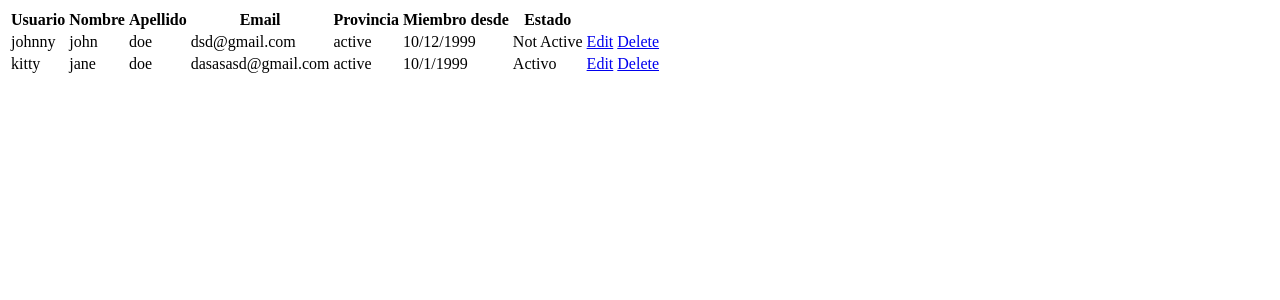
Repository: SabitDeepto/Chitra
Page: CRUD/templates/index.html
The author's editor kept a copy of each file at every save. The page is drawn from the files as they stood at one save, then again after the next save.
The browser window is 1280 px wide. The pictures show the whole page.
The template is drawn by Django 2.2. The application's start-up code is not run. Other server files are loaded and not shown. The template is opened directly, without the code that normally fills it, so the values that code supplies are empty.

Above is the page before, as saved 2019-01-08 12:25:15.

### CRUD/templates/index.html
{% comment %} {% for x in ex %}
<div class="container">
<a href = '#'>{{x.name}}<br>
</div>
 <p>My mother has <span style="color:blue">blue</span> eyes.</p>
{% endfor %} {% endcomment %}


   </div><table class="table table-striped table-hover table-users">
    			<thead>
    				<tr>

    					<th class="hidden-phone">Usuario</th>
    					<th>Nombre</th>
    					<th>Apellido</th>
    					<th class="hidden-phone">Email</th>
    					<th class="hidden-phone">Provincia</th>
    					<th class="hidden-phone">Miembro desde</th>
    					<th>Estado</th>
    					<th></th>
    					<th></th>
    				</tr>
    			</thead>

    			<tbody>

    				<tr>

    					<td class="hidden-phone">johnny</td>
    					<td>john</td>
    					<td>doe</td>
    					<td class="hidden-phone">dsd@gmail.com</td>
    					<td class="hidden-phone">active</td>
                      <td class="hidden-phone">10/12/1999</td>

                    	<td><span class="label label-warning">Not Active</span></td>

    					<td><a class="btn mini blue-stripe" href="{site_url()}admin/editFront/1">Edit</a></td>

                        <td><a href="#" class="confirm-delete btn mini red-stripe" role="button" data-title="johnny" data-id="1">Delete</a></td>
                    </tr>
					<tr>

    					<td class="hidden-phone">kitty</td>
    					<td>jane</td>
    					<td>doe</td>
    					<td class="hidden-phone">dasasasd@gmail.com</td>
    					<td class="hidden-phone">active</td>
                      <td class="hidden-phone">10/1/1999</td>

                    	<td><span class="label label-danger">Activo</span></td>

    					<td><a class="btn mini blue-stripe" href="{site_url()}admin/editFront/2">Edit</a></td>

                        <td><a href="#" class="confirm-delete btn mini red-stripe" role="button" data-title="kitty" data-id="2">Delete</a></td>
                    </tr>

	               </tbody>

</table>

After the next save:
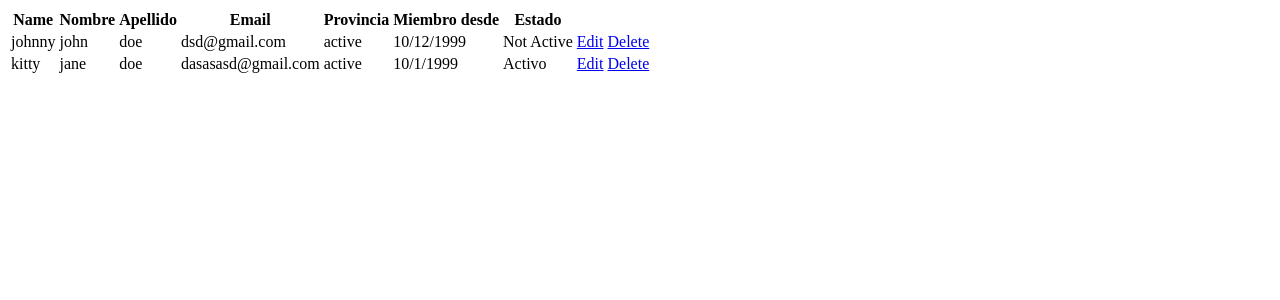
Saved 74 s later.
--- a/CRUD/templates/index.html
+++ b/CRUD/templates/index.html
@@ -10,7 +10,7 @@
     			<thead>
     				<tr>
 
-    					<th class="hidden-phone">Usuario</th>
+    					<th class="hidden-phone">Name</th>
     					<th>Nombre</th>
     					<th>Apellido</th>
     					<th class="hidden-phone">Email</th>
